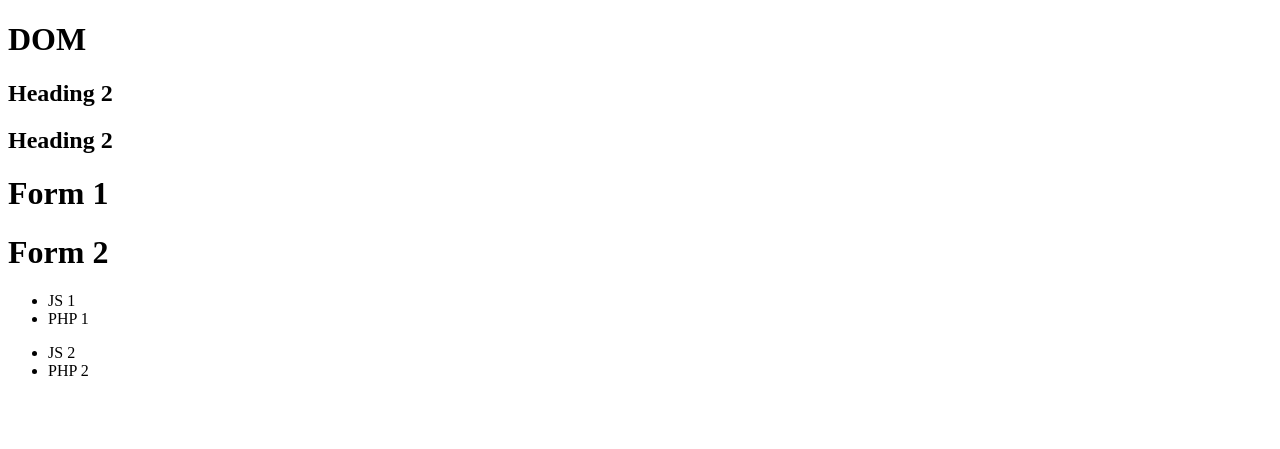
Repository: tannv3201/learn_JS_F8
Page: DOM/index.html
An editor plug-in stored every save of this project. The page is shown before and after the next save, followed by the edit.
The browser window is 1280 px wide. The pictures show the whole page.

Above is the page before, as saved 2022-08-06 21:35:47.

After the next save:
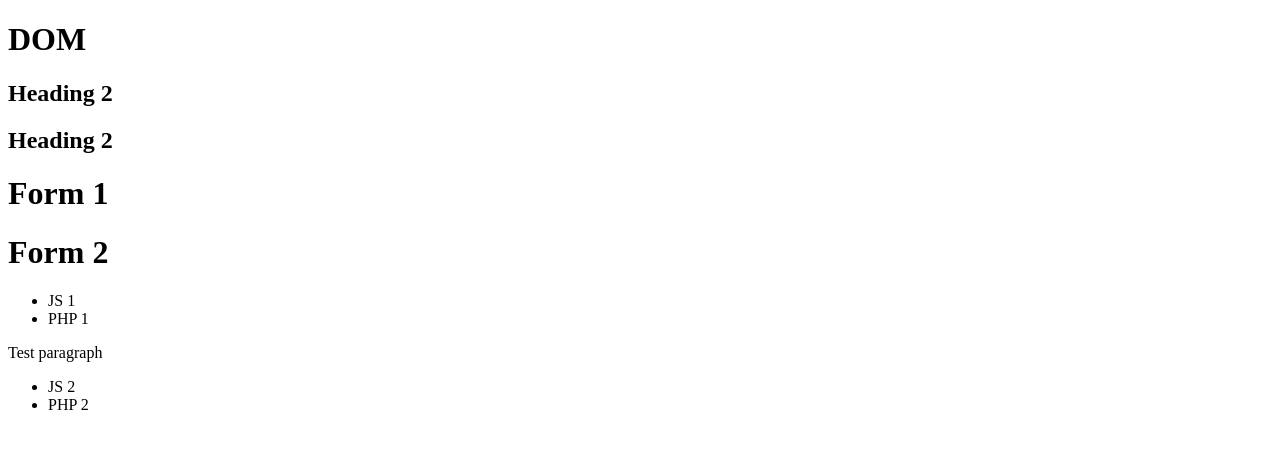
Saved 10 s later.
--- a/DOM/index.html
+++ b/DOM/index.html
@@ -34,7 +34,7 @@
       <li>JS 1</li>
       <li>PHP 1</li>
     </ul>
-
+    <p>Test paragraph</p>
   </div>
   <div class="box-2">
     <ul>
